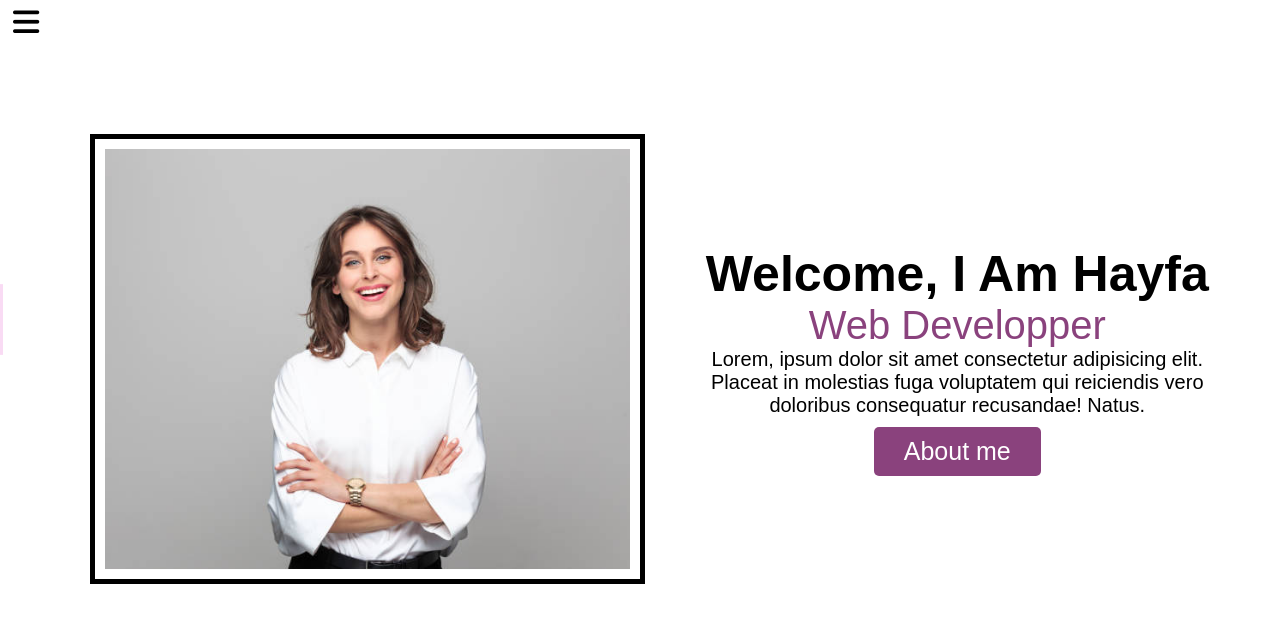
Repository: haifabilel/portfolio_project
Page: http://localhost/
An editor plug-in stored every save of this project. The page is shown before and after the next save, followed by the edit.
The browser window is 1280 px wide. The pictures show the whole page.
Some web fonts or font styles are not loaded; a fallback is used. The page is run by PHP 8.4 with error messages shown; the project is at /var/www/html/.

Above is the page before, as saved 2023-09-10 14:27:20.

After the next save:
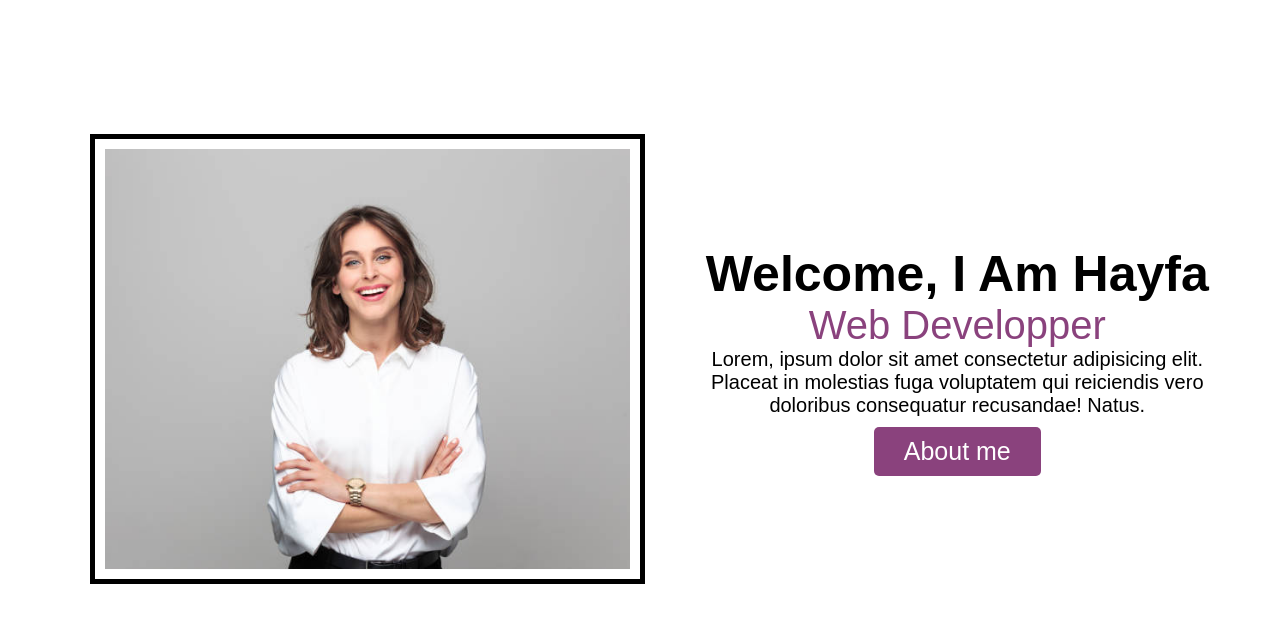
Saved 97 s later.
--- a/css/style.css
+++ b/css/style.css
@@ -60,7 +60,7 @@
     height:100vh;
     background-color:var(--white);
     border-right:var(--border-bold);
-    width:35rem;
+    width:30rem;
     padding:3rem 2rem;
     text-align:center;
     display:flex;

After the save that followed:
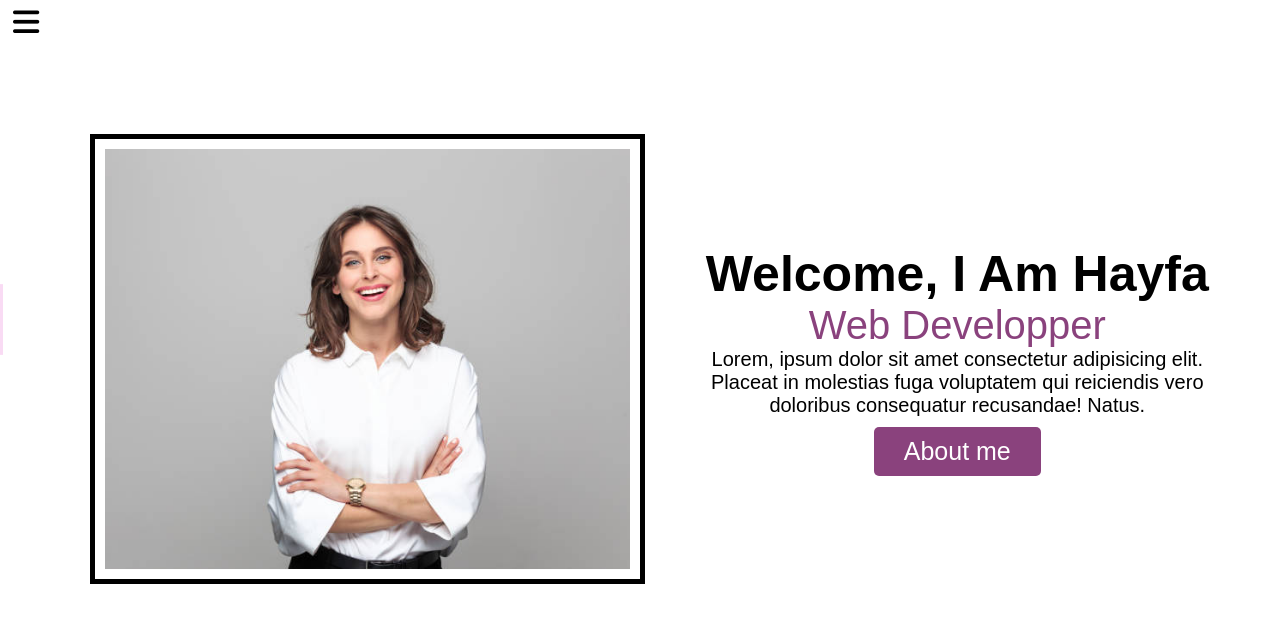
Saved 13 s later.
--- a/css/style.css
+++ b/css/style.css
@@ -60,7 +60,7 @@
     height:100vh;
     background-color:var(--white);
     border-right:var(--border-bold);
-    width:30rem;
+    width:35rem;
     padding:3rem 2rem;
     text-align:center;
     display:flex;
